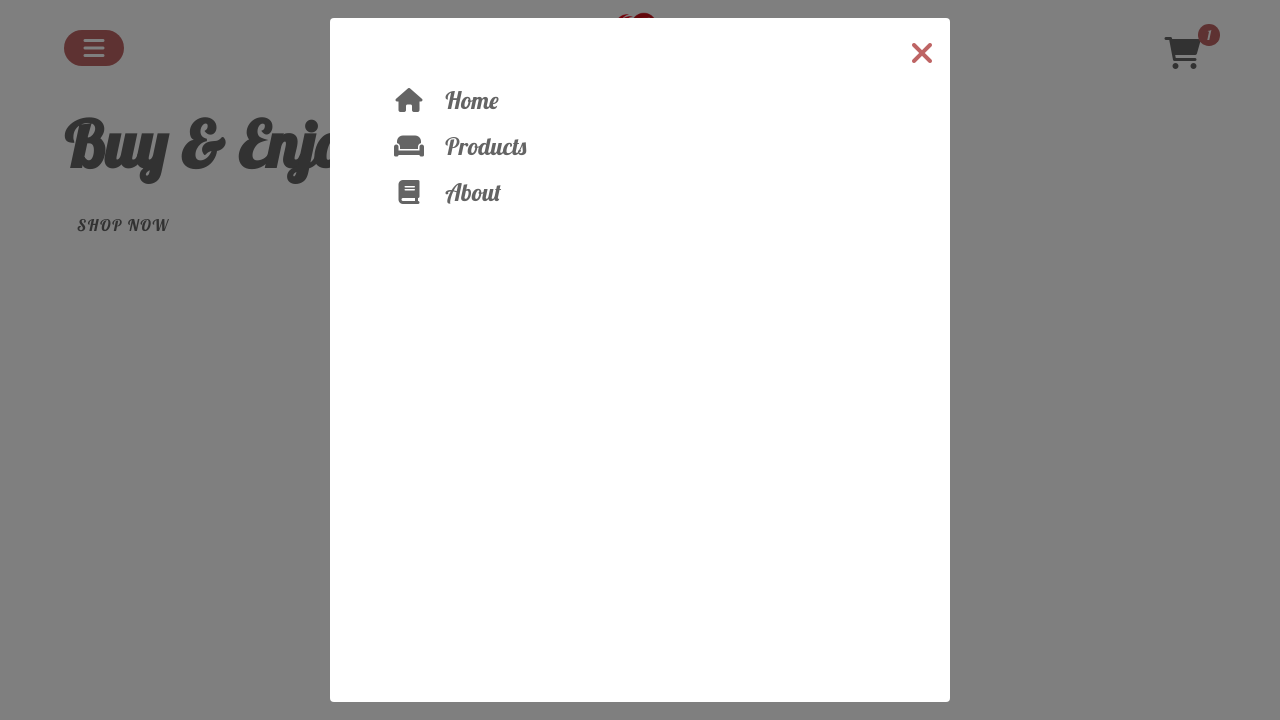
Repository: tetlisna/myprojectJS2
Page: index.html
These files come from the project's save history. The page is drawn as it stood at one moment and after the next save; the edit follows.
The browser window is 1280 px wide. The pictures show the whole page.
Some web fonts or font styles are not loaded; a fallback is used.

Above is the page before, as saved 2022-09-04 21:46:33.

After the next save:
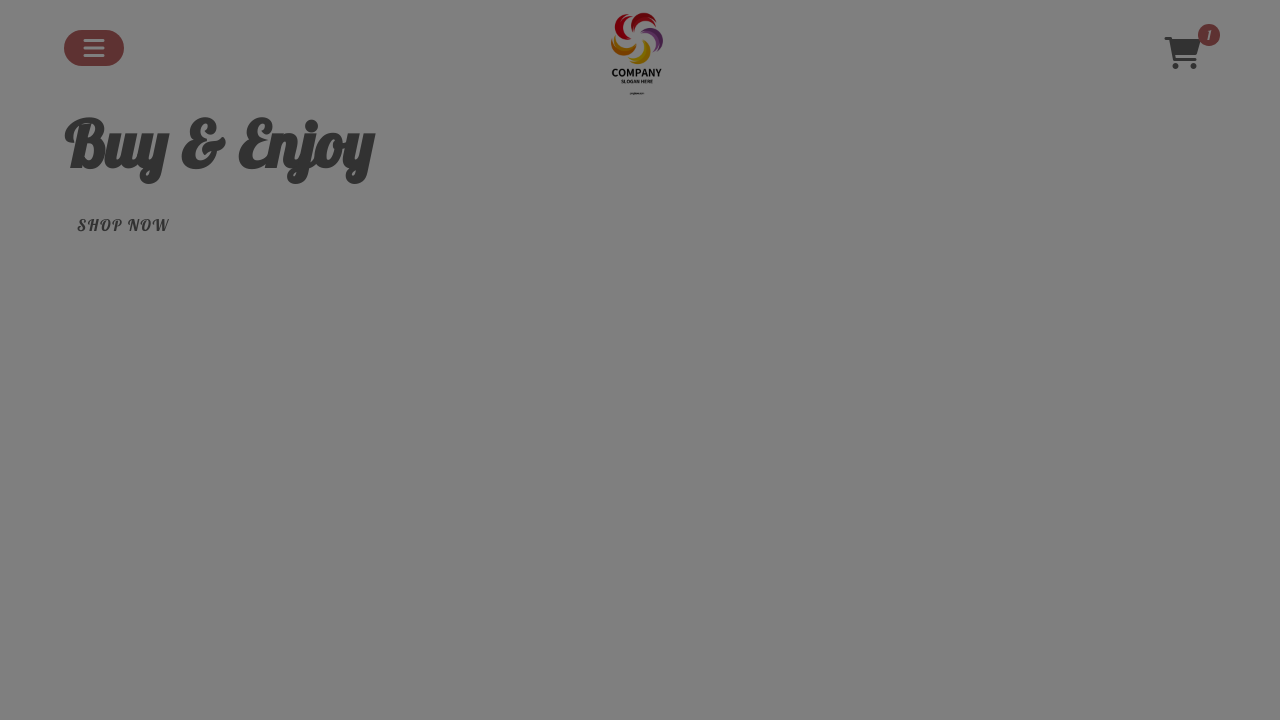
Saved 52 s later.
--- a/css/style.css
+++ b/css/style.css
@@ -198,11 +198,11 @@
     box-shadow: var(--dark-grey);
     position: relative;
     padding: 4rem;
-    /* transform: scale(0); */
+    transform: scale(0); */
 }
 /* .show .sidebar {
     transform: scale(1);
-} */
+}
 .sidebar-close {
     font-size: 2rem;
     background: transparent;

After the 4 saves that followed:
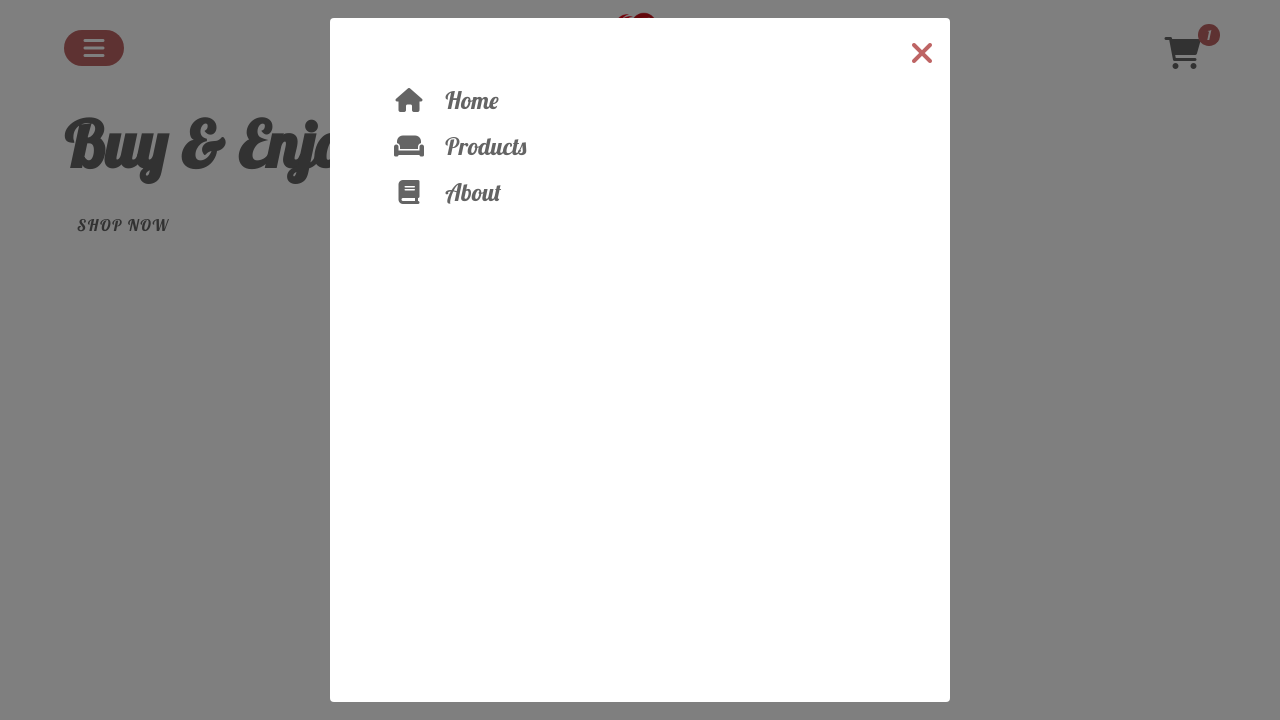
The 4 saves are shown as one change because 2 left the picture as it was and some came seconds apart.
The last was saved 27 s later.
--- a/css/style.css
+++ b/css/style.css
@@ -198,11 +198,11 @@
     box-shadow: var(--dark-grey);
     position: relative;
     padding: 4rem;
-    transform: scale(0); */
+    /* transform: scale(0);  */
 }
 /* .show .sidebar {
     transform: scale(1);
-}
+} */
 .sidebar-close {
     font-size: 2rem;
     background: transparent;
